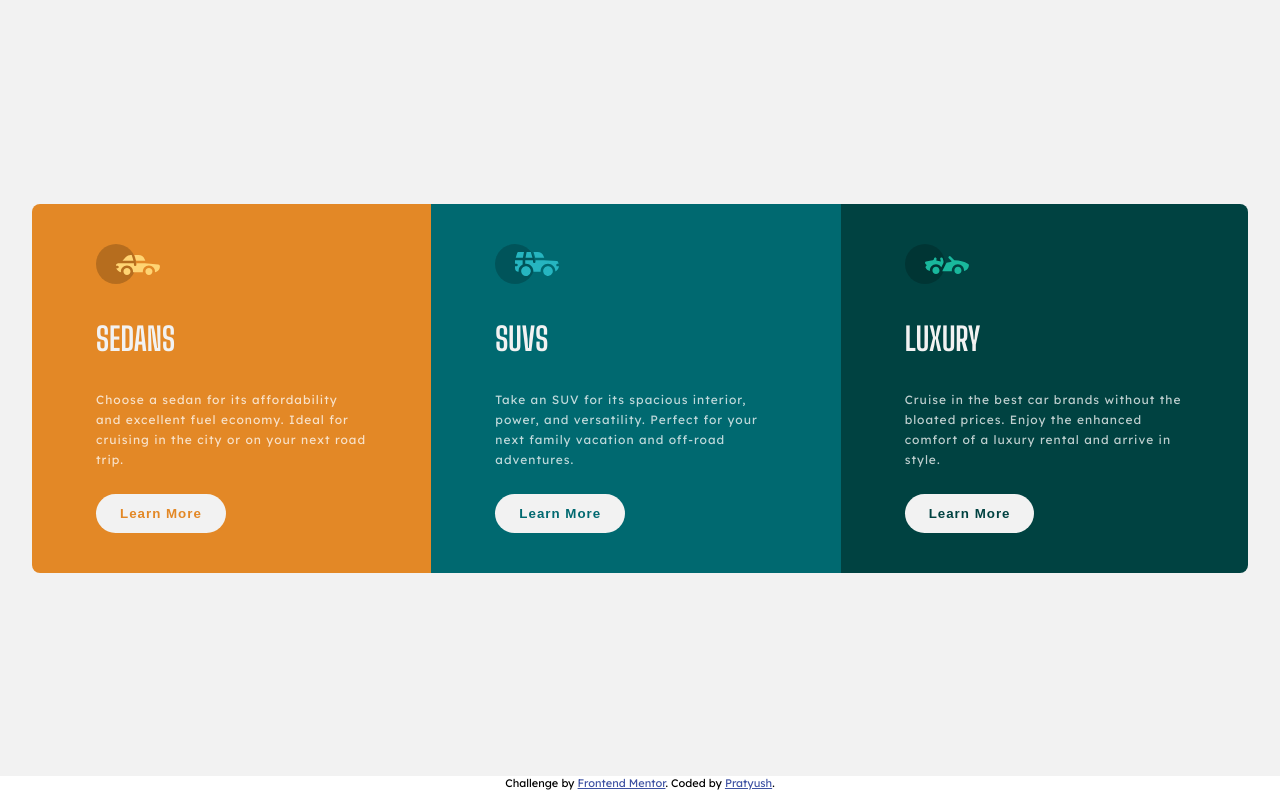
Repository: PratypartyY2K/frontendmentor-challenges
Page: 3-column-card/index.html
The author's editor kept a copy of each file at every save. The page is drawn from the files as they stood at one save, then again after the next save.
The browser window is 1280 px wide. The pictures show the whole page.

Above is the page before, as saved 2021-07-14 13:01:15.

After the next save:
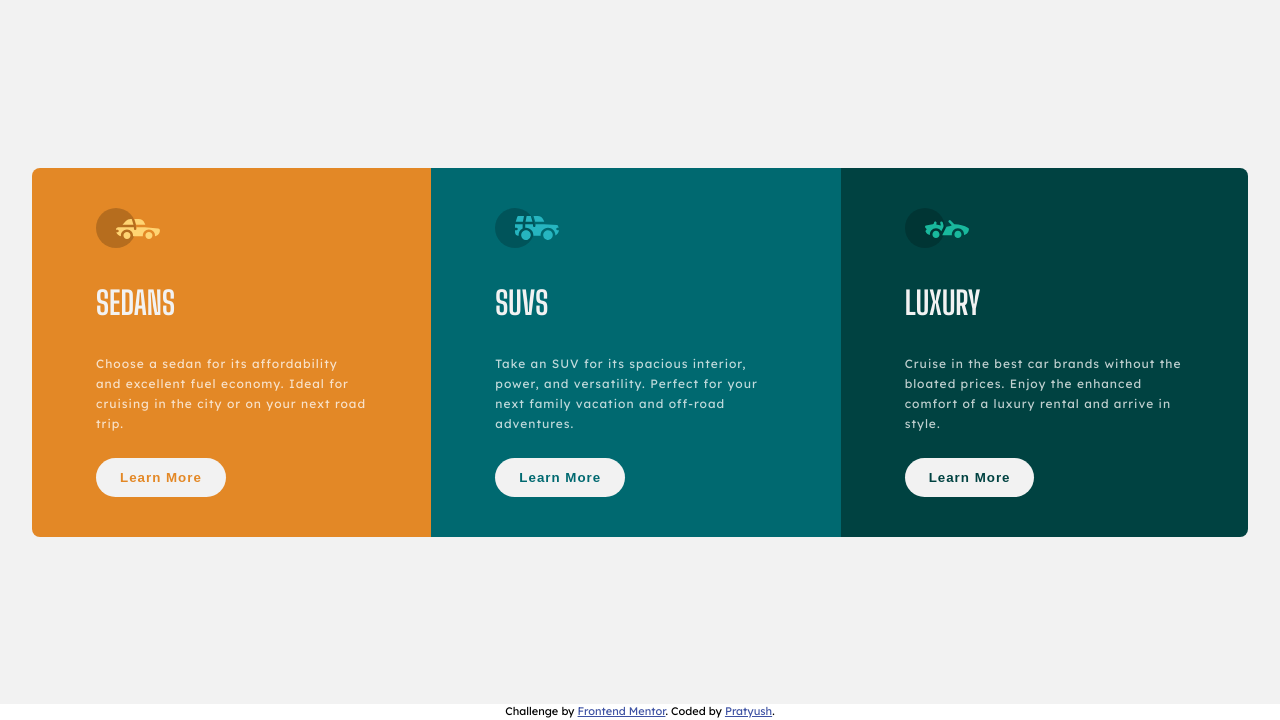
Saved 14 s later.
--- a/3-column-card/style.css
+++ b/3-column-card/style.css
@@ -15,7 +15,7 @@ body {
 
 .card-wrapper {
     background-color: var(--neutral-gray);
-    min-height: 90vh;
+    min-height: 80vh;
     display: flex;
     justify-content: center;
     align-items: center;
